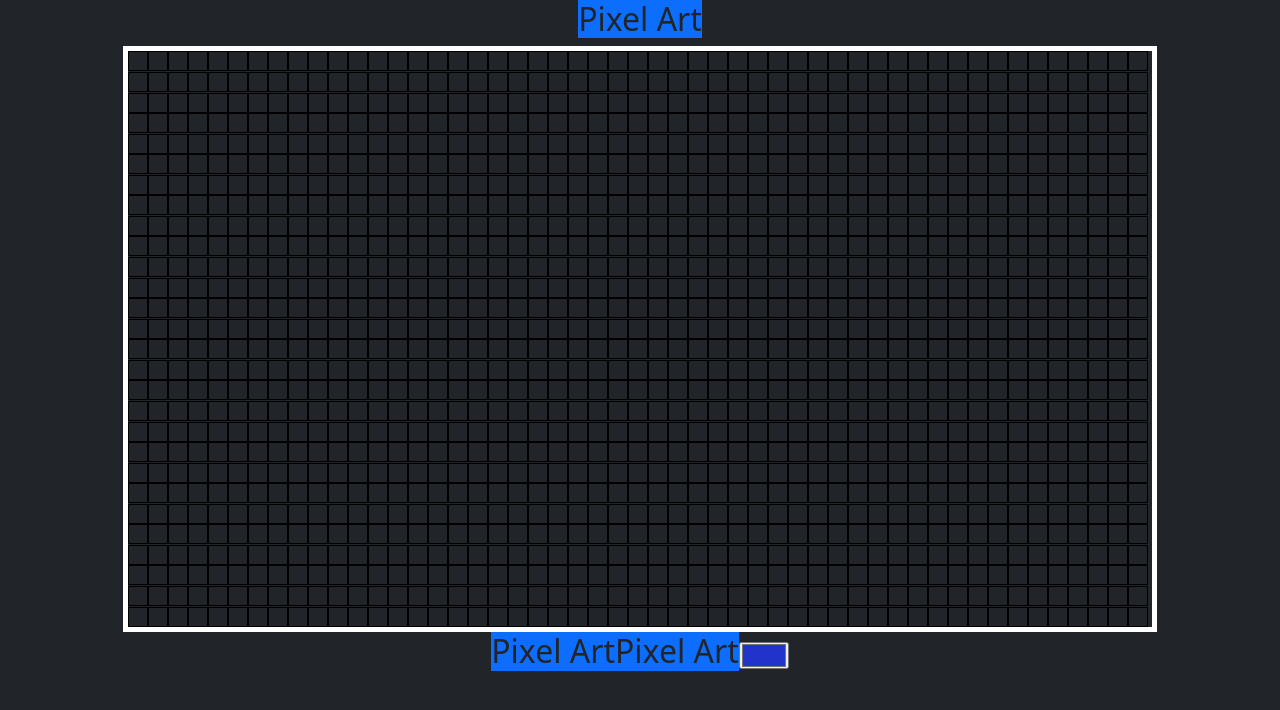
Repository: bechara611/pixelartdb
Page: /
The author's editor kept a copy of each file at every save. The page is drawn from the files as they stood at one save, then again after the next save.
The browser window is 1280 px wide. The pictures show the whole page.
The project was rebuilt for these pictures with package versions that can differ from the ones it lists, and the page was loaded fresh each time. Also part of the build but not shown: vite.config.js.

Above is the page before, as saved 2023-03-07 13:38:54.

After the next save:
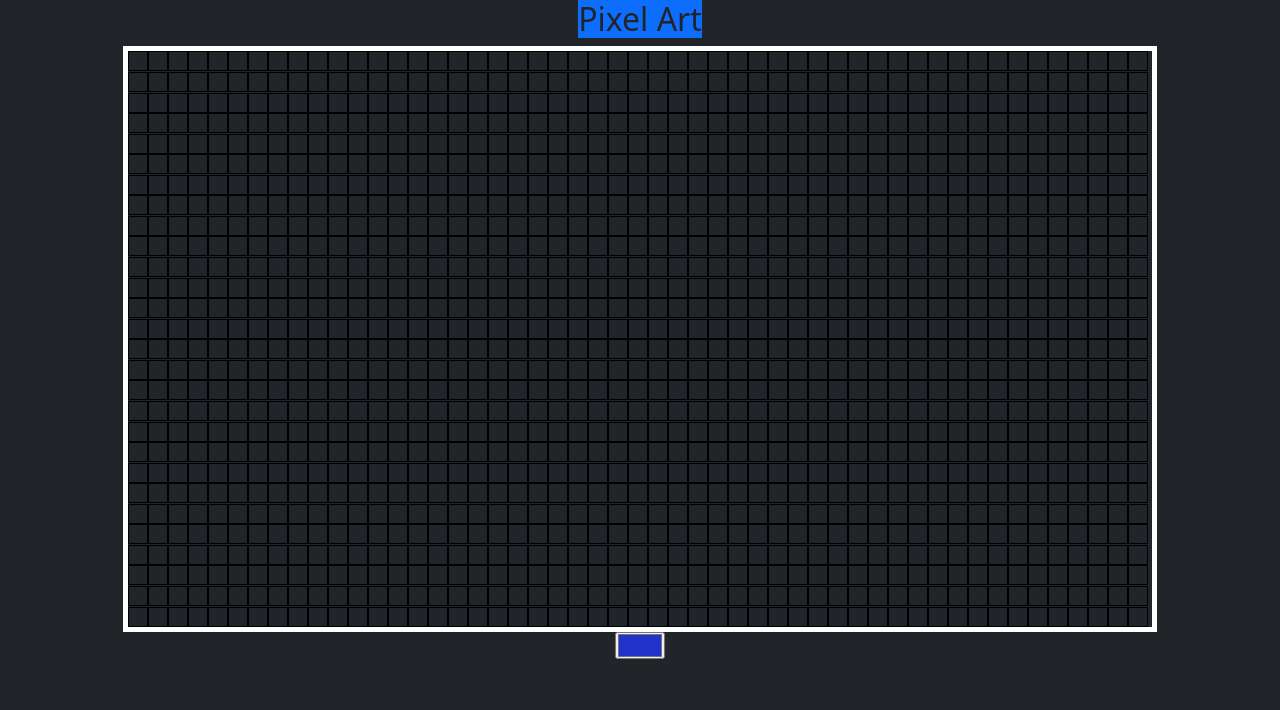
Saved 49 s later.
--- a/src/App.jsx
+++ b/src/App.jsx
@@ -83,8 +83,7 @@ const App = () => {
         </div>
         <div className="col-12 contenedor-06 ">
           <div className="contenedor-mayor header">
-            <h2 className='bg-primary'>Pixel Art</h2>
-            <h2 className='bg-primary'>Pixel Art</h2>
+
             <input type="color" value={colorActual}  onChange={(e) => { setcolorActual(e.target.value) }} />
           </div>
         </div>
